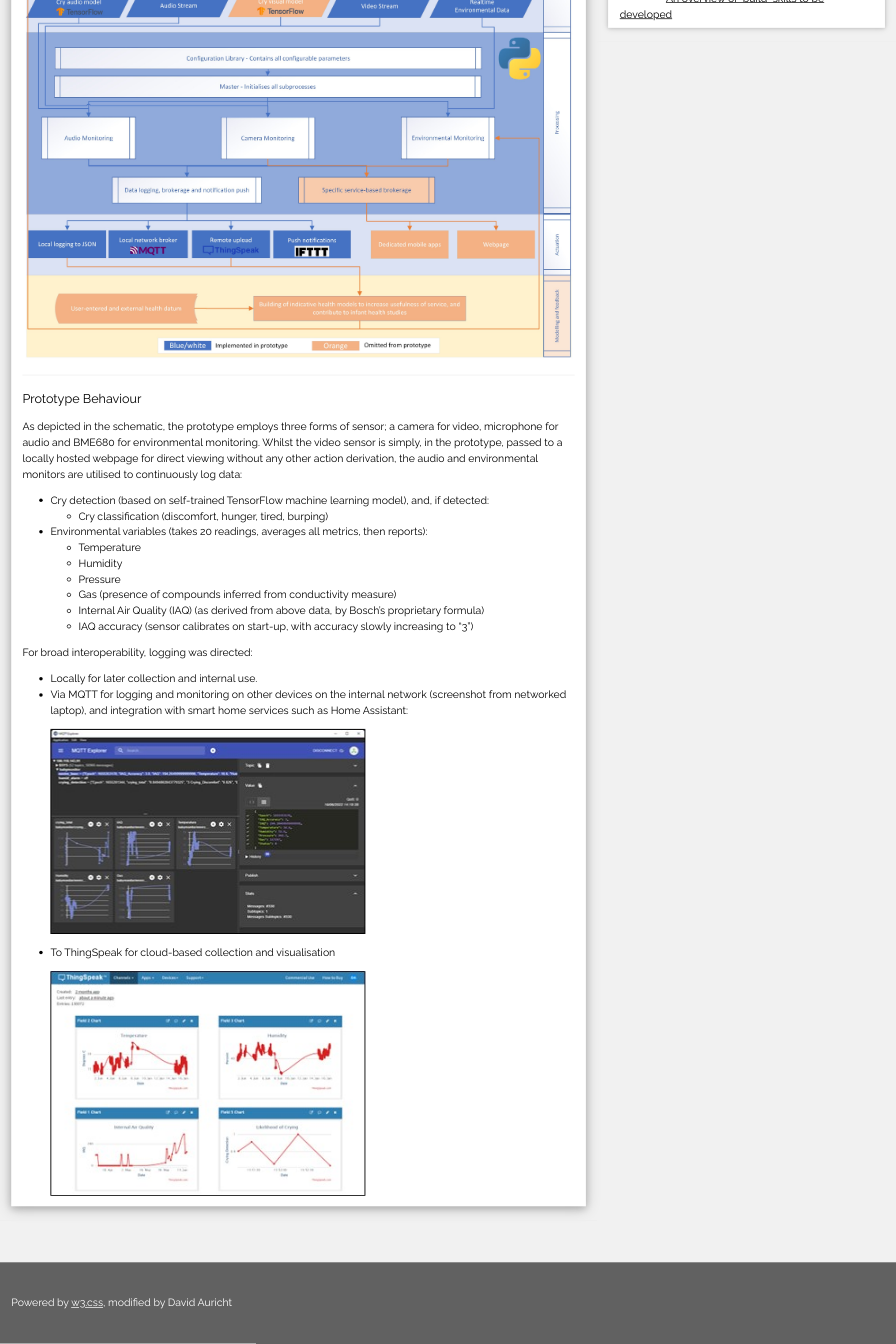
Repository: TodaysSawyer/cecs_8001_journal
Page: CECS_8001_build_journal/maker_project.html
These files come from the project's save history. The page is drawn as it stood at one moment and after the next save; the edit follows.
The browser window is 1280 px wide. The pictures show the part of the page from y = 1095 to 3015 px (the page is 3015 px tall before and 2913 px after), at 70% of full size.

Above is the page before, as saved 2022-08-23 10:24:06.

### CECS_8001_build_journal/maker_project.html
<!--Site layout and design credit goes to W3 Schools' "Blog template" from https://www.w3schools.com/w3css/tryw3css_templates_blog.htm-->
<!--Modifications and content by David Auricht-->

<!DOCTYPE html>
<html>
<head>
<title>David Auricht's Cybernetics Build Journal</title>
<meta charset="UTF-8">
<meta name="viewport" content="width=device-width, initial-scale=1">
<link rel="stylesheet" href="https://www.w3schools.com/w3css/4/w3.css">
<link rel="stylesheet" href="https://fonts.googleapis.com/css?family=Raleway">
<style>
body,h1,h2,h3,h4,h5 {font-family: "Raleway", sans-serif}
</style>
</head>
<body class="w3-light-grey">

<!-- w3-content defines a container for fixed size centered content,
and is wrapped around the whole page content, except for the footer in this example -->
<div class="w3-content" style="max-width:1400px">

<!-- Header -->
<header class="w3-container w3-center w3-padding-32">
  <h1><b>Master of Applied Cybernetics - CECS8001 – Build Journey</b></h1>
  <p>David Auricht - U7446851</p>
</header>

<!-- Grid -->
<div class="w3-row">

<!-- Blog entries -->
<div class="w3-col l8 s12">
  <!-- Blog entry -->
  <div class="w3-card-4 w3-margin w3-white">
    <div class="w3-container">
      <h3><b>Maker Project</b></h3>
    </div>

    <div class="w3-container">
      <h6>Covered: Skills 1, 2, 3</h6>
      <p>The Individual Maker Project was a key pressing matter and drew upon, to varying degrees, all three target skills. With a goal of building a “cybernetic” baby monitor, and in order of skills, I would need:</p>
      <ol>
        <li>Coding - writing a large library of bespoke Python, operating on a Raspberry Pi to support key objectives of environmental monitoring, cry detection and classification utilising a machine learning model, data logging and smart notifications, and a real-time video stream.</li>
        <li>Physical “making” - soldering sensors and mounting components.</li>
        <li>Project managing - setting a defined set of goals, working to an iterative model that aims to ensure a functional product at multiple intervals in line with hitting a strict demo-day deadline.</li>
      </ol>
      <p>I found myself barrelling down ever more rabbit holes as I iterated from a simple BME280-based environmental sensor to a fully-featured prototype. To extract from CECS6001 Assessment 2B writings:</p>
      <i>
        <p>In the prototype phase, boundaries of the product will be strictly defined by the creator. In particular, the functions that sit outside these boundaries are:</p>
        <ul>
          <li>Implementation of only a single degree of machine-learning enabled monitoring (audio).</li>
          <li>No dedicated web interface (although camera feed was made available in a simple webform).</li>
          <li>No dedicated applications for direct mobile interfacing.</li>
          <li>No analysis of captured data or cross-referencing with health studies and outcomes.</li>
          <li>No “feedback” of captured data or data analysis into the models and processes.</li>
        </ul>
        <p>Further to this, the physical design of the prototype is limited as a bare Raspberry Pi with USB microphone, wired and bare environmental sensor, and ribbon-connected, unhoused, camera.  The lack of housing, and inability to suitably mount the sensors without utilising twisted wire, is far from marketable or usable in an average household scenario.</p>
      </i>
      <p>Please refer to the following page for a schematic of the Maker Project, covering ultimate goal and prototype implementation, and feel free to review the committed code at <a href="https://gitlab.cecs.anu.edu.au/u7446851/cecs_8001_s1_maker" target="_blank">https://gitlab.cecs.anu.edu.au/u7446851/cecs_8001_s1_maker</a>(please ask me for access as required, as I’m not comfortable with making it public in the present state).</p>
      <p><a href = "maker_schematic.jpg" target = "_blank"><img src="maker_schematic.jpg" alt="Maker project: Overall schematic" style="width:100%" ></a></p>
      <hr>

      <h5>Prototype Behaviour</h5>
      <p>As depicted in the schematic, the prototype employs three forms of sensor; a camera for video, microphone for audio and BME680 for environmental monitoring. Whilst the video sensor is simply, in the prototype, passed to a locally hosted webpage for direct viewing without any other action derivation, the audio and environmental monitors are utilised to continuously log data:</p>
      <ul>
        <li>Cry detection (based on self-trained TensorFlow machine learning model), and, if detected:</li>
        <ul>
          <li>Cry classification (discomfort, hunger, tired, burping)</li>
        </ul>
        <li>Environmental variables (takes 20 readings, averages all metrics, then reports):</li>
        <ul>
          <li>Temperature</li>
          <li>Humidity</li>
          <li>Pressure</li>
          <li>Gas (presence of compounds inferred from conductivity measure)</li>
          <li>Internal Air Quality (IAQ) (as derived from above data, by Bosch’s proprietary formula)</li>
          <li>IAQ accuracy (sensor calibrates on start-up, with accuracy slowly increasing to “3”)</li>
        </ul>
      </ul>
      <p>For broad interoperability, logging was directed:</p>
      <ul>
        <li>Locally for later collection and internal use.</li>
        <li>Via MQTT for logging and monitoring on other devices on the internal network (screenshot from networked laptop), and integration with smart home services such as Home Assistant:</li>
        <p><img src="maker_mqtt.jpg" alt="Maker project: MQTT logging" style="width:60%" class="center"></p>
        <li>To ThingSpeak for cloud-based collection and visualisation</li>
        <p><img src="maker_ts.jpg" alt="Maker project: ThingSpeak logging" style="width:60%" class="center"></p>
      </ul>


    </div>
  </div>
  <hr>
<!-- END BLOG ENTRIES -->
</div>

<!-- Sidebar -->
<div class="w3-col l4">
  <!-- About Card -->
  <div class="w3-card w3-margin w3-margin-top">
  <img src="home_dave_profile.jpg" style="width:100%">
    <div class="w3-container w3-white">
      <h4><b>Dave</b></h4>
      <p>"Recovering Professional Cynic"</p>
      <p>With a background in software testing, and management thereof, I come to the programme loking to hone broader interests in modern and emerging technologies and the benefits I hope they can provide to society.</p>
    </div>
  </div><hr>

  <!-- Posts -->
  <div class="w3-card w3-margin">
    <div class="w3-container w3-padding">
      <h4>Entries</h4>
    </div>
    <ul class="w3-ul w3-hoverable w3-white">
      <li>
         <a href="index.html" target="_self">
         <img src="sidebar_intro_icon.jpg" alt="Image" class="w3-left w3-margin-right" style="width:50px">
         <span class="w3-large">Intro</span><br>
         <span>An introduction to myself and my journal.</span>
         </a>
      </li>
      <li>
        <a href="skills.html" target="_self">
        <img src="skills_balloon.jpg" alt="Image" class="w3-left w3-margin-right" style="width:50px">
        <span class="w3-large">Skills</span><br>
        <span>An overview of "build" skills to be developed</span>
        </a>
     </li>
    </ul>
  </div>
  <hr>

<!-- END Sidebar -->
</div>

<!-- END GRID -->
</div><br>

<!-- END w3-content -->
</div>

<!-- Footer -->
<footer class="w3-container w3-dark-grey w3-padding-32 w3-margin-top">
  <p>Powered by <a href="https://www.w3schools.com/w3css/default.asp" target="_blank">w3.css</a>, modified by David Auricht</p>
</footer>

</body>
</html>

After the next save:
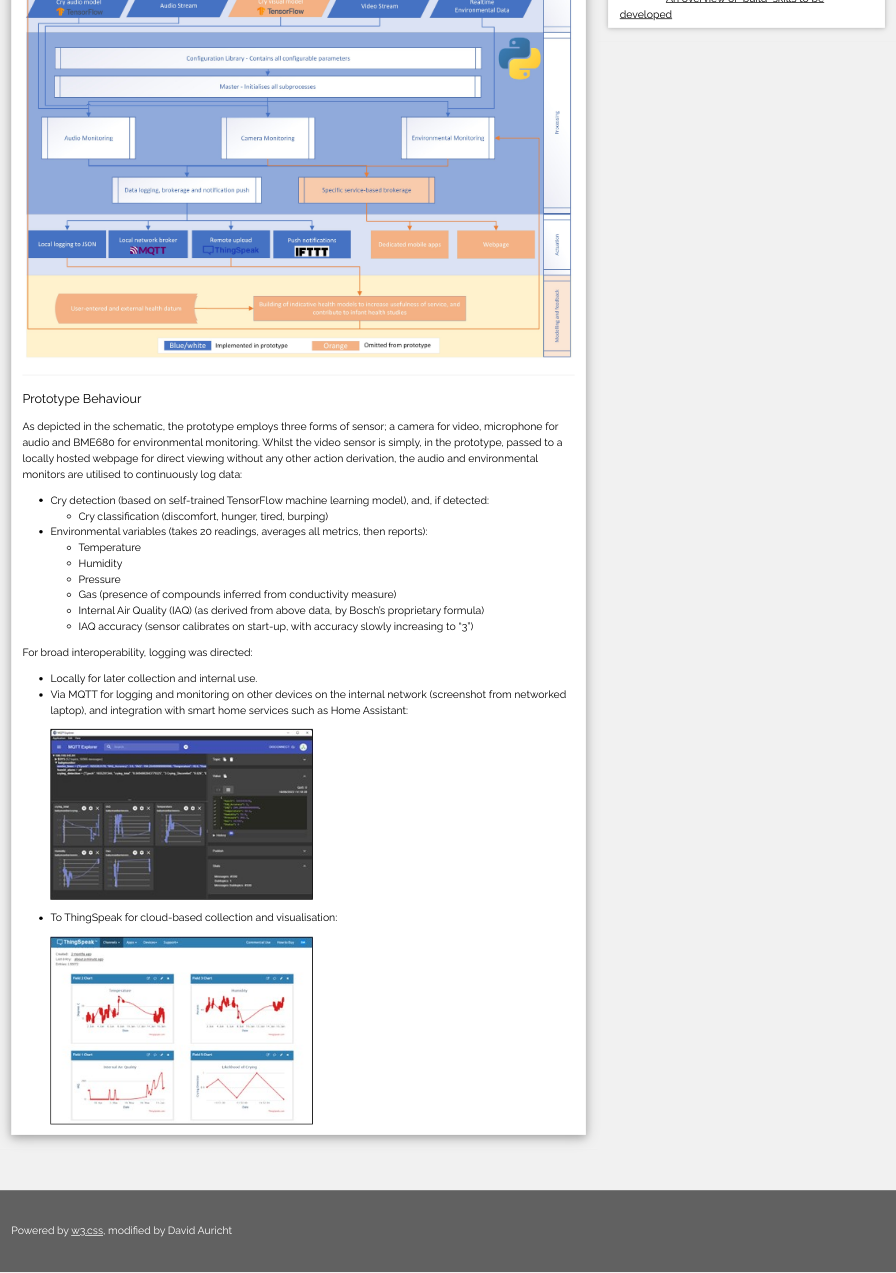
Saved 23 s later.
--- a/CECS_8001_build_journal/maker_project.html
+++ b/CECS_8001_build_journal/maker_project.html
@@ -81,9 +81,9 @@
       <ul>
         <li>Locally for later collection and internal use.</li>
         <li>Via MQTT for logging and monitoring on other devices on the internal network (screenshot from networked laptop), and integration with smart home services such as Home Assistant:</li>
-        <p><img src="maker_mqtt.jpg" alt="Maker project: MQTT logging" style="width:60%" class="center"></p>
-        <li>To ThingSpeak for cloud-based collection and visualisation</li>
-        <p><img src="maker_ts.jpg" alt="Maker project: ThingSpeak logging" style="width:60%" class="center"></p>
+        <p><img src="maker_mqtt.jpg" alt="Maker project: MQTT logging" style="width:50%" class="center"></p>
+        <li>To ThingSpeak for cloud-based collection and visualisation:</li>
+        <p><img src="maker_ts.jpg" alt="Maker project: ThingSpeak logging" style="width:50%" class="center"></p>
       </ul>
 
 
